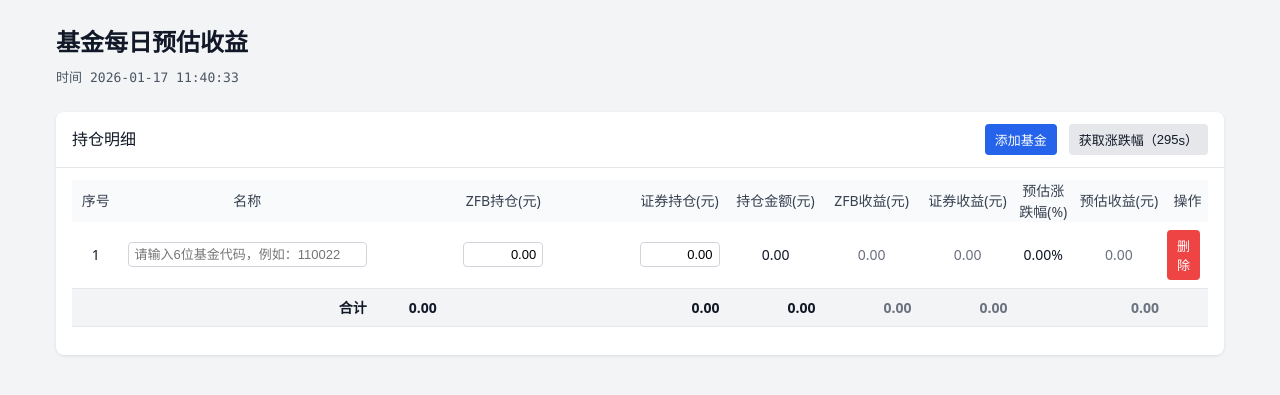
Repository: zt-boom/finance
Page: index.html
An editor plug-in stored every save of this project. The page is shown before and after the next save, followed by the edit.
The browser window is 1280 px wide. The pictures show the whole page.

Above is the page before, as saved 2026-01-17 15:26:08.

After the next save:
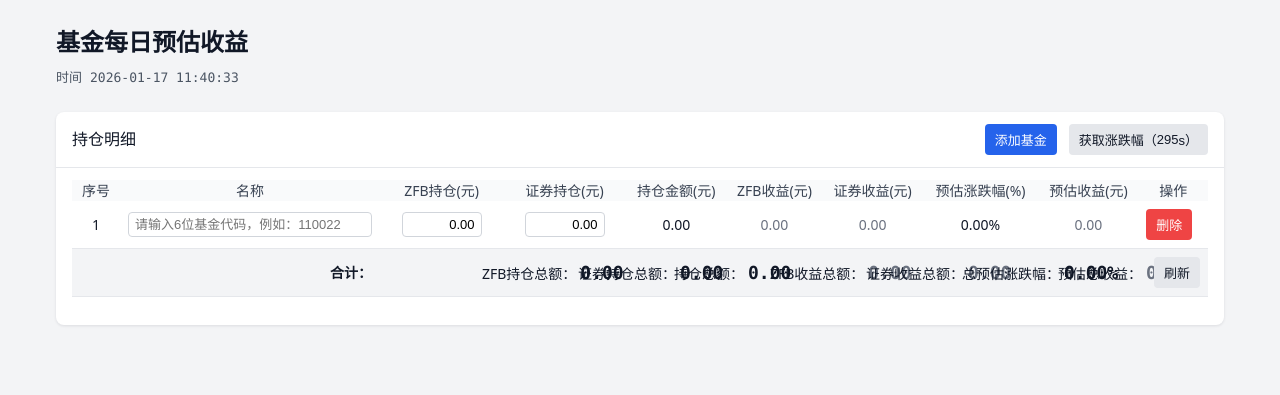
Saved 6 min 54 s later.
--- a/index.html
+++ b/index.html
@@ -46,15 +46,19 @@
 <tbody id="fund-table-body"></tbody>
 <tfoot>
 <tr class="summary-row">
-<td colspan="2">合计</td>
-<td><span id="total-zfb-amount">0.00</span></td>
-<td><span id="total-stock-amount">0.00</span></td>
-<td><span id="total-amount">0.00</span></td>
-<td><span id="total-zfb-profit">0.00</span></td>
-<td><span id="total-stock-profit">0.00</span></td>
-<td></td>
-<td><span id="total-profit">0.00</span></td>
-<td></td>
+<td colspan="2">合计：</td>
+<td colspan="8">
+<div class="summary-items">
+<span>ZFB持仓总额：<strong id="total-zfb-amount">0.00</strong></span>
+<span>证券持仓总额：<strong id="total-stock-amount">0.00</strong></span>
+<span>持仓总额：<strong id="total-amount">0.00</strong></span>
+<span>ZFB收益总额：<strong id="total-zfb-profit">0.00</strong></span>
+<span>证券收益总额：<strong id="total-stock-profit">0.00</strong></span>
+<span>总预估涨跌幅：<strong id="total-percent">0.00%</strong></span>
+<span>预估总收益：<strong id="total-profit">0.00</strong></span>
+<button id="summary-refresh-btn" class="secondary-button">刷新</button>
+</div>
+</td>
 </tr>
 </tfoot>
 </table>
